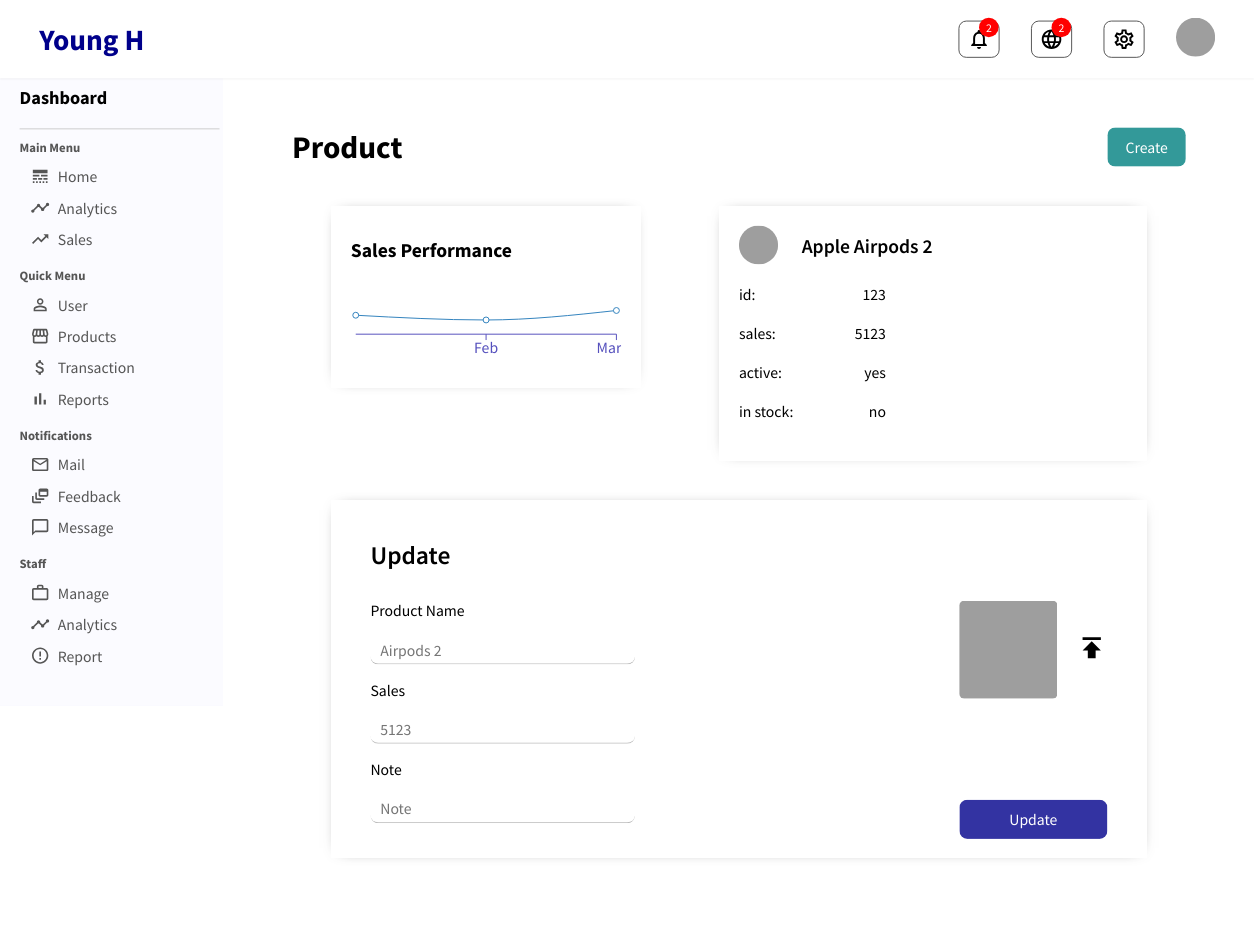
Repository: noname20011/admin
Page: /product/1
These files come from the project's save history. The page is drawn as it stood at one moment and after the next save; the edit follows.
The browser window is 1280 px wide. The pictures show the whole page, at 98% of full size.
Pictures or frames that could not be fetched are drawn as grey boxes. The project was rebuilt for these pictures with package versions that can differ from the ones it lists, and the page was loaded fresh each time. Also part of the build but not shown: src/pages/home/home.css, src/comopnents/featureInfo/feature.css, src/comopnents/featureInfo/Feature.jsx, src/comopnents/widgetSm/widgetSm.css, src/comopnents/widgetSm/WidgetSm.jsx, src/comopnents/widgetLg/widgetLg.css, src/comopnents/widgetLg/WidgetLg.jsx, src/pages/home/Home.jsx and 10 more.

Above is the page before, as saved 2021-11-14 16:52:39.

After the next save:
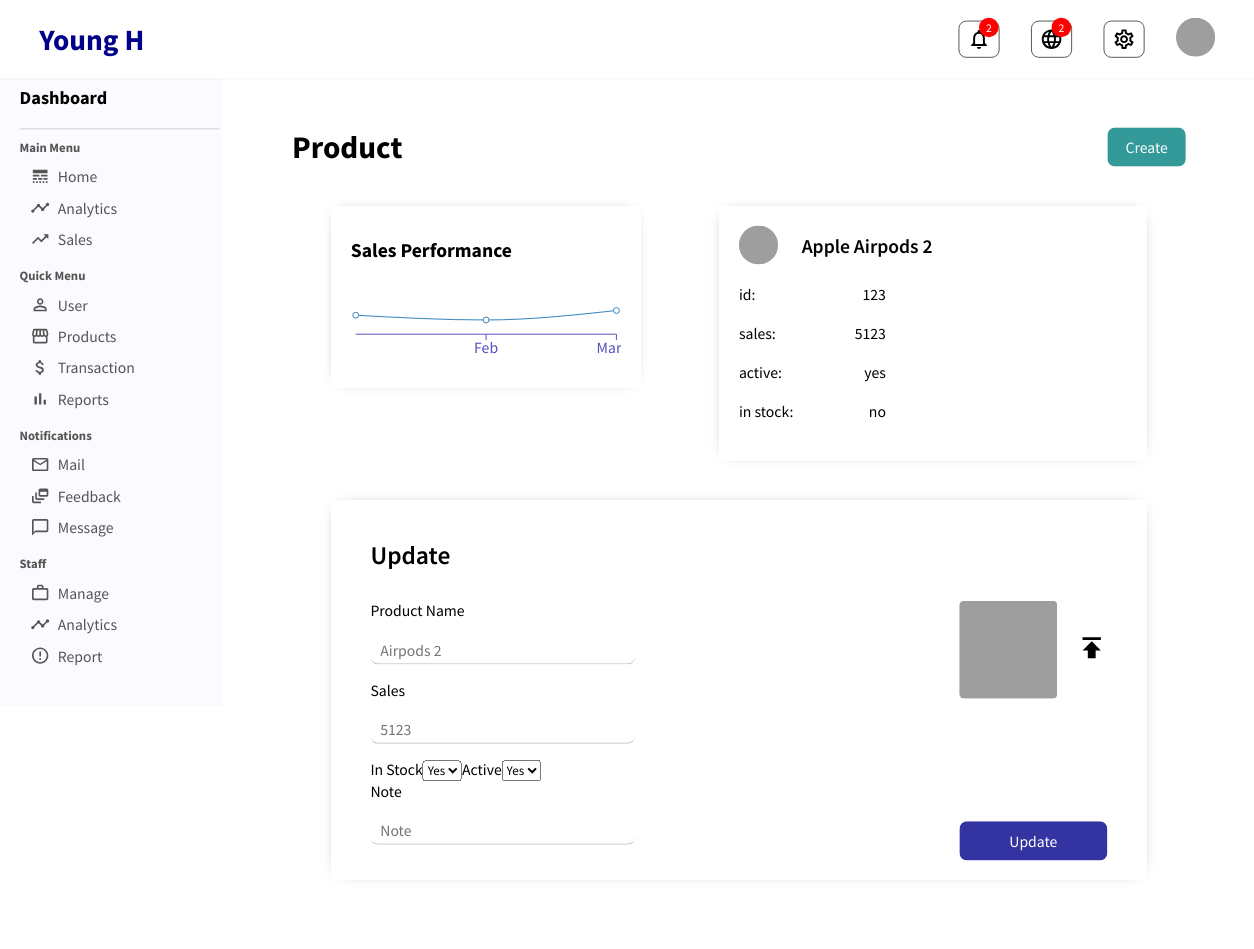
Saved 94 s later.
--- a/src/pages/product/Product.jsx
+++ b/src/pages/product/Product.jsx
@@ -58,6 +58,16 @@ export default function Product() {
                             <input type="text"
                             placeholder="5123" className="productUpdateInput" />
                         </div>
+                        <label>In Stock</label>
+                        <select name="inStock" id="idStock">
+                            <option value="yes">Yes</option>
+                            <option value="no">No</option>
+                        </select>
+                        <label>Active</label>
+                        <select name="active" id="active">
+                            <option value="yes">Yes</option>
+                            <option value="no">No</option>
+                        </select>
                         <div className="productUpdateItem">
                             <label>Note</label>
                             <input type="text"
